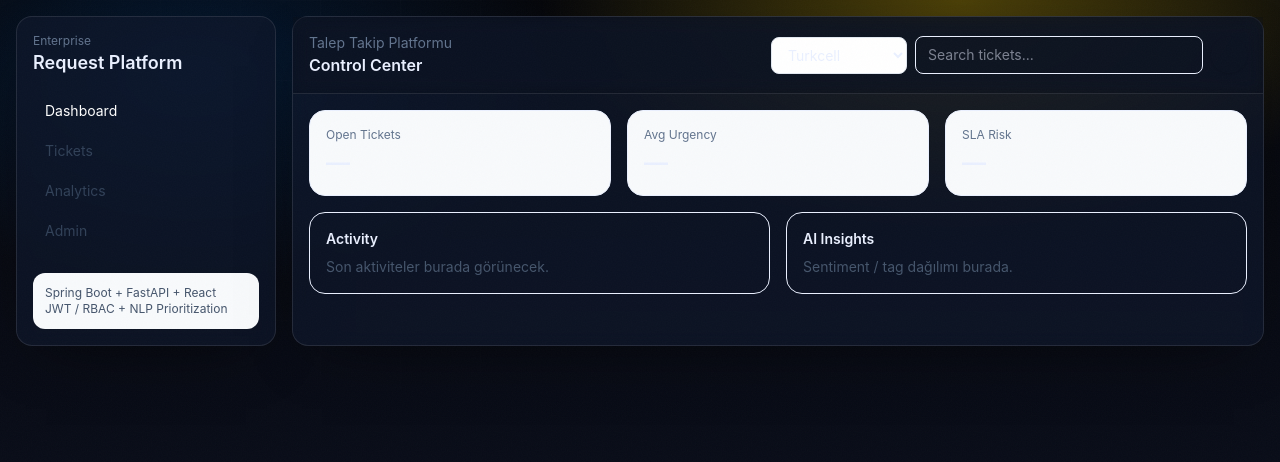
Repository: Salihapeker/enterprise-ai-ticket-system
Page: / (app in Desktop/enterprise-ai-ticket-system/frontend/)
The author's editor kept a copy of each file at every save. The page is drawn from the files as they stood at one save, then again after the next save.
The browser window is 1280 px wide. The pictures show the whole page.
The project was rebuilt for these pictures with package versions that can differ from the ones it lists, and the page was loaded fresh each time. Also part of the build but not shown: Desktop/enterprise-ai-ticket-system/frontend/vite.config.ts, Desktop/enterprise-ai-ticket-system/frontend/src/services/tickets.ts, Desktop/enterprise-ai-ticket-system/frontend/src/pages/TicketsPage.tsx, Desktop/enterprise-ai-ticket-system/frontend/src/pages/AnalyticsPage.tsx, Desktop/enterprise-ai-ticket-system/frontend/src/pages/AdminPage.tsx.

Above is the page before, as saved 2026-03-16 04:20:32.

### Desktop/enterprise-ai-ticket-system/frontend/src/main.tsx
import { StrictMode } from "react";
import { createRoot } from "react-dom/client";
import "./index.css";
import App from "./App.tsx";
import ThemeProvider from "./theme/ThemeProvider";

createRoot(document.getElementById("root")!).render(
  <StrictMode>
    <ThemeProvider>
      <App />
    </ThemeProvider>
  </StrictMode>,
);

### Desktop/enterprise-ai-ticket-system/frontend/src/index.css
@import "tailwindcss";

:root {
  --glow: #ffd100;
  --glow2: #0057b8;
  --bg: #05060a;
  --bg2: #0b1020;
  --card: rgba(255, 255, 255, 0.06);
  --card2: rgba(255, 255, 255, 0.1);
  --text: #eaf0ff;
  --muted: rgba(234, 240, 255, 0.7);
  --stroke: rgba(255, 255, 255, 0.1);
}

html,
body,
#root {
  height: 100%;
}

body {
  margin: 0;
  color: var(--text);
  font-family:
    Inter,
    ui-sans-serif,
    system-ui,
    -apple-system,
    "Segoe UI",
    Roboto,
    Arial,
    "Noto Sans";
  background:
    radial-gradient(
      600px 320px at 75% 0%,
      color-mix(in oklab, var(--glow) 28%, transparent),
      transparent 70%
    ),
    radial-gradient(
      520px 300px at 15% 10%,
      color-mix(in oklab, var(--glow2) 22%, transparent),
      transparent 72%
    ),
    linear-gradient(180deg, var(--bg), var(--bg2));
}

/* subtle grid overlay */
body::before {
  content: "";
  position: fixed;
  inset: 0;
  pointer-events: none;
  opacity: 0.18;
  background-image:
    linear-gradient(to right, rgba(255, 255, 255, 0.08) 1px, transparent 1px),
    linear-gradient(to bottom, rgba(255, 255, 255, 0.08) 1px, transparent 1px);
  background-size: 80px 80px;
  mask-image: radial-gradient(circle at 30% 10%, black 0%, transparent 60%);
}

/* tiny noise */
body::after {
  content: "";
  position: fixed;
  inset: 0;
  pointer-events: none;
  opacity: 0.06;
  background-image: url("data:[embedded picture, 293 characters]");
}

### Desktop/enterprise-ai-ticket-system/frontend/src/App.tsx
import { BrowserRouter, Route, Routes } from "react-router-dom";
import AppShell from "./components/layouts/AppShell";
import DashboardPage from "./pages/DashboardPage";
import TicketsPage from "./pages/TicketsPage";
import AnalyticsPage from "./pages/AnalyticsPage";
import AdminPage from "./pages/AdminPage";

export default function App() {
  return (
    <BrowserRouter>
      <Routes>
        <Route element={<AppShell />}>
          <Route path="/" element={<DashboardPage />} />
          <Route path="/tickets" element={<TicketsPage />} />
          <Route path="/analytics" element={<AnalyticsPage />} />
          <Route path="/admin" element={<AdminPage />} />
        </Route>
      </Routes>
    </BrowserRouter>
  );
}

### Desktop/enterprise-ai-ticket-system/frontend/src/theme/ThemeProvider.tsx
import React, { createContext, useEffect, useMemo, useState } from "react";
import { getTheme, type ThemeId, THEMES } from "./themes";

type ThemeCtx = {
  themeId: ThemeId;
  setThemeId: (id: ThemeId) => void;
};

export const ThemeContext = createContext<ThemeCtx | null>(null);

const KEY = "enterprise-theme";

export default function ThemeProvider({
  children,
}: {
  children: React.ReactNode;
}) {
  const [themeId, setThemeIdState] = useState<ThemeId>(() => {
    const saved = localStorage.getItem(KEY) as ThemeId | null;
    return saved ?? "turkcell";
  });

  const value = useMemo(
    () => ({
      themeId,
      setThemeId: (id: ThemeId) => {
        setThemeIdState(id);
        localStorage.setItem(KEY, id);
      },
    }),
    [themeId],
  );

  useEffect(() => {
    const theme = getTheme(themeId);
    const root = document.documentElement;
    for (const [k, v] of Object.entries(theme.vars))
      root.style.setProperty(k, v);
    // helpful attribute (for debugging)
    root.setAttribute("data-theme", theme.id);
  }, [themeId]);

  return (
    <ThemeContext.Provider value={value}>{children}</ThemeContext.Provider>
  );
}

export { THEMES };

### Desktop/enterprise-ai-ticket-system/frontend/src/components/layouts/AppShell.tsx
import { NavLink, Outlet } from "react-router-dom";
import { useTheme } from "../../hooks/useTheme";
import { THEMES } from "../../theme/themes";
import type { ThemeId } from "../../theme/themes";

const navLinkClass = ({ isActive }: { isActive: boolean }) =>
  [
    "flex items-center gap-2 rounded-lg px-3 py-2 text-sm transition",
    isActive
      ? "bg-[var(--brand-2)] text-white"
      : "text-slate-700 hover:bg-slate-100",
  ].join(" ");

export default function AppShell() {
  const { themeId, setThemeId } = useTheme();

  return (
    <div className="min-h-screen text-[var(--text)]">
      <div className="w-full p-4">
        <div className="grid grid-cols-1 gap-4 lg:grid-cols-[260px_1fr]">
          <aside className="rounded-2xl border border-[var(--stroke)] bg-[var(--card)] p-4 shadow-[0_20px_60px_-30px_rgba(0,0,0,0.75)] backdrop-blur">
            <div className="flex items-center justify-between">
              <div>
                <div className="text-xs text-slate-500">Enterprise</div>
                <div className="text-lg font-semibold">Request Platform</div>
              </div>
            </div>

            <nav className="mt-4 grid gap-1">
              <NavLink to="/" end className={navLinkClass}>
                Dashboard
              </NavLink>
              <NavLink to="/tickets" className={navLinkClass}>
                Tickets
              </NavLink>
              <NavLink to="/analytics" className={navLinkClass}>
                Analytics
              </NavLink>
              <NavLink to="/admin" className={navLinkClass}>
                Admin
              </NavLink>
            </nav>

            <div className="mt-6 rounded-xl bg-slate-50 p-3 text-xs text-slate-600">
              Spring Boot + FastAPI + React
              <br />
              JWT / RBAC + NLP Prioritization
            </div>
          </aside>

          <main className="rounded-2xl border border-[var(--stroke)] bg-[var(--card)] shadow-[0_20px_60px_-30px_rgba(0,0,0,0.75)] backdrop-blur">
            <header className="sticky top-0 z-10 flex items-center justify-between border-b border-[var(--stroke)] bg-[rgba(0,0,0,0.15)] p-4 backdrop-blur">
              <div>
                <div className="text-sm text-slate-500">
                  Talep Takip Platformu
                </div>
                <div className="text-base font-semibold">Control Center</div>
              </div>

              <div className="flex items-center gap-2">
                <select
                  value={themeId}
                  onChange={(e) => setThemeId(e.target.value as ThemeId)}
                  className="rounded-lg border border-slate-200 bg-white px-3 py-2 text-sm outline-none focus:ring-2 focus:ring-slate-300"
                  title="Theme"
                >
                  {THEMES.map((t) => (
                    <option key={t.id} value={t.id}>
                      {t.label}
                    </option>
                  ))}
                </select>

                <input
                  className="hidden w-72 rounded-lg border px-3 py-2 text-sm outline-none focus:ring-2 focus:ring-slate-300 md:block"
                  placeholder="Search tickets..."
                />

                <div className="h-9 w-9 rounded-full bg-gradient-to-br from-[var(--brand-2)] to-[var(--brand)] shadow-sm" />
              </div>
            </header>

            <div className="p-4">
              <Outlet />
            </div>
          </main>
        </div>
      </div>
    </div>
  );
}

### Desktop/enterprise-ai-ticket-system/frontend/src/pages/DashboardPage.tsx
export default function DashboardPage() {
  return (
    <div className="grid gap-4">
      <div className="grid grid-cols-1 gap-4 md:grid-cols-3">
        <Card title="Open Tickets" value="—" />
        <Card title="Avg Urgency" value="—" />
        <Card title="SLA Risk" value="—" />
      </div>

      <div className="grid grid-cols-1 gap-4 lg:grid-cols-2">
        <Panel title="Activity">Son aktiviteler burada görünecek.</Panel>
        <Panel title="AI Insights">Sentiment / tag dağılımı burada.</Panel>
      </div>
    </div>
  );
}

function Card({ title, value }: { title: string; value: string }) {
  return (
    <div className="rounded-2xl border bg-slate-50 p-4">
      <div className="text-xs text-slate-500">{title}</div>
      <div className="mt-1 text-2xl font-semibold">{value}</div>
    </div>
  );
}

function Panel({
  title,
  children,
}: {
  title: string;
  children: React.ReactNode;
}) {
  return (
    <div className="rounded-2xl border p-4">
      <div className="text-sm font-semibold">{title}</div>
      <div className="mt-2 text-sm text-slate-600">{children}</div>
    </div>
  );
}

### Desktop/enterprise-ai-ticket-system/frontend/src/theme/themes.ts
export type ThemeId = "turkcell" | "turktelekom" | "vodafone";

export type Theme = {
  id: ThemeId;
  label: string;
  vars: Record<string, string>;
};

const base = {
  "--bg": "#05060a",
  "--bg2": "#0b1020",
  "--card": "rgba(15, 23, 42, 0.72)",
  "--card2": "rgba(15, 23, 42, 0.86)",
  "--text": "#EAF0FF",
  "--muted": "rgba(234,240,255,0.72)",
  "--stroke": "rgba(255,255,255,0.10)",
};

export const THEMES: Theme[] = [
  {
    id: "turkcell",
    label: "Turkcell",
    vars: {
      ...base,
      "--primary": "#FFD100", // sarı
      "--primary-text": "#111827", // sarıda siyah yazı daha okunur
      "--accent": "#0057B8", // mavi glow
      "--accent2": "#FFD100",
    },
  },
  {
    id: "turktelekom",
    label: "Türk Telekom",
    vars: {
      ...base,
      "--primary": "#00A0DF", // TT mavi (cyan)
      "--primary-text": "#FFFFFF",
      "--accent": "#001A72",
      "--accent2": "#00A0DF",
    },
  },
  {
    id: "vodafone",
    label: "Vodafone",
    vars: {
      ...base,
      "--primary": "#E60000", // kırmızı
      "--primary-text": "#FFFFFF",
      "--accent": "#FF4D4D",
      "--accent2": "#E60000",
    },
  },
];

export function getTheme(id: ThemeId): Theme {
  return THEMES.find((x) => x.id === id) ?? THEMES[0];
}

### Desktop/enterprise-ai-ticket-system/frontend/src/hooks/useTheme.ts
import { useContext } from "react";
import { ThemeContext } from "../theme/ThemeProvider";

export function useTheme() {
  const ctx = useContext(ThemeContext);
  if (!ctx) throw new Error("useTheme must be used within ThemeProvider");
  return ctx;
}

After the next save:
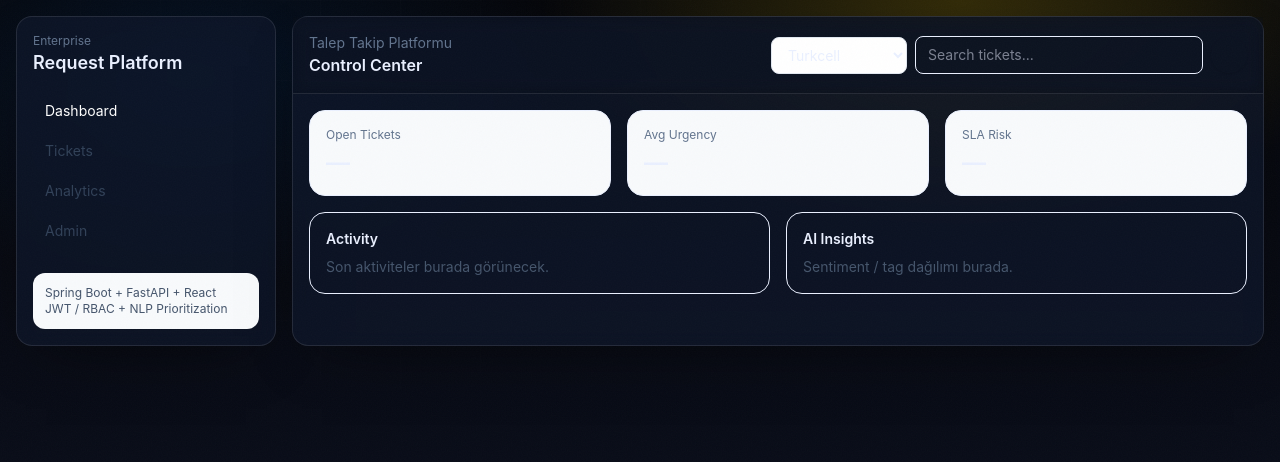
Saved 24 s later.
--- a/Desktop/enterprise-ai-ticket-system/frontend/src/index.css
+++ b/Desktop/enterprise-ai-ticket-system/frontend/src/index.css
@@ -1,14 +1,17 @@
 @import "tailwindcss";
 
 :root {
-  --glow: #ffd100;
-  --glow2: #0057b8;
+  --primary: #ffd100;
+  --primary-text: #111827;
+  --accent: #0057b8;
+  --accent2: #ffd100;
+
   --bg: #05060a;
   --bg2: #0b1020;
-  --card: rgba(255, 255, 255, 0.06);
-  --card2: rgba(255, 255, 255, 0.1);
+  --card: rgba(15, 23, 42, 0.72);
+  --card2: rgba(15, 23, 42, 0.86);
   --text: #eaf0ff;
-  --muted: rgba(234, 240, 255, 0.7);
+  --muted: rgba(234, 240, 255, 0.72);
   --stroke: rgba(255, 255, 255, 0.1);
 }
 
@@ -33,12 +36,12 @@ body {
   background:
     radial-gradient(
       600px 320px at 75% 0%,
-      color-mix(in oklab, var(--glow) 28%, transparent),
+      color-mix(in oklab, var(--accent2) 18%, transparent),
       transparent 70%
     ),
     radial-gradient(
       520px 300px at 15% 10%,
-      color-mix(in oklab, var(--glow2) 22%, transparent),
+      color-mix(in oklab, var(--accent) 14%, transparent),
       transparent 72%
     ),
     linear-gradient(180deg, var(--bg), var(--bg2));
